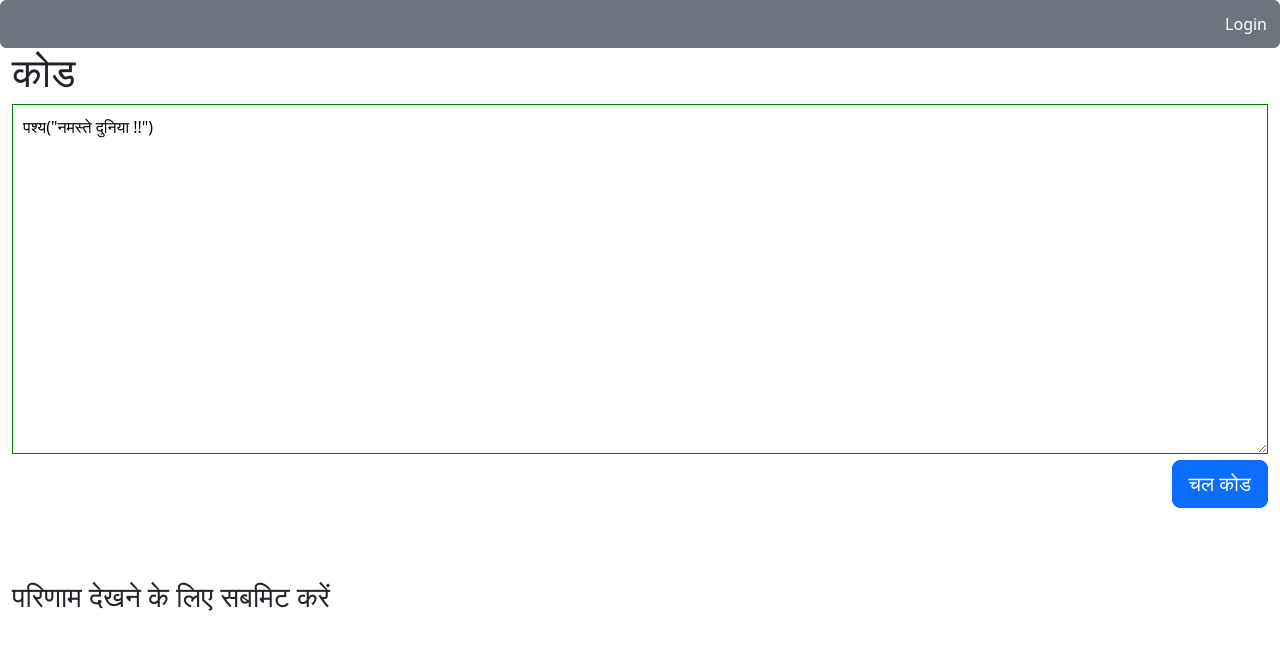
Repository: Vivek3072/webapp_shuniya_code.com
Page: /
These files come from the project's save history. The page is drawn as it stood at one moment and after a run of saves; the edit follows.
The browser window is 1280 px wide. The pictures show the whole page.
The project was rebuilt for these pictures with package versions that can differ from the ones it lists, and the page was loaded fresh each time. Also part of the build but not shown: src/components/Login.js, src/components/Singup.js. Imported but missing from the stored project, and not drawn on this page: src/axiosApi.

Above is the page before, as saved 2021-02-27 23:41:40.

After the next 2 saves:
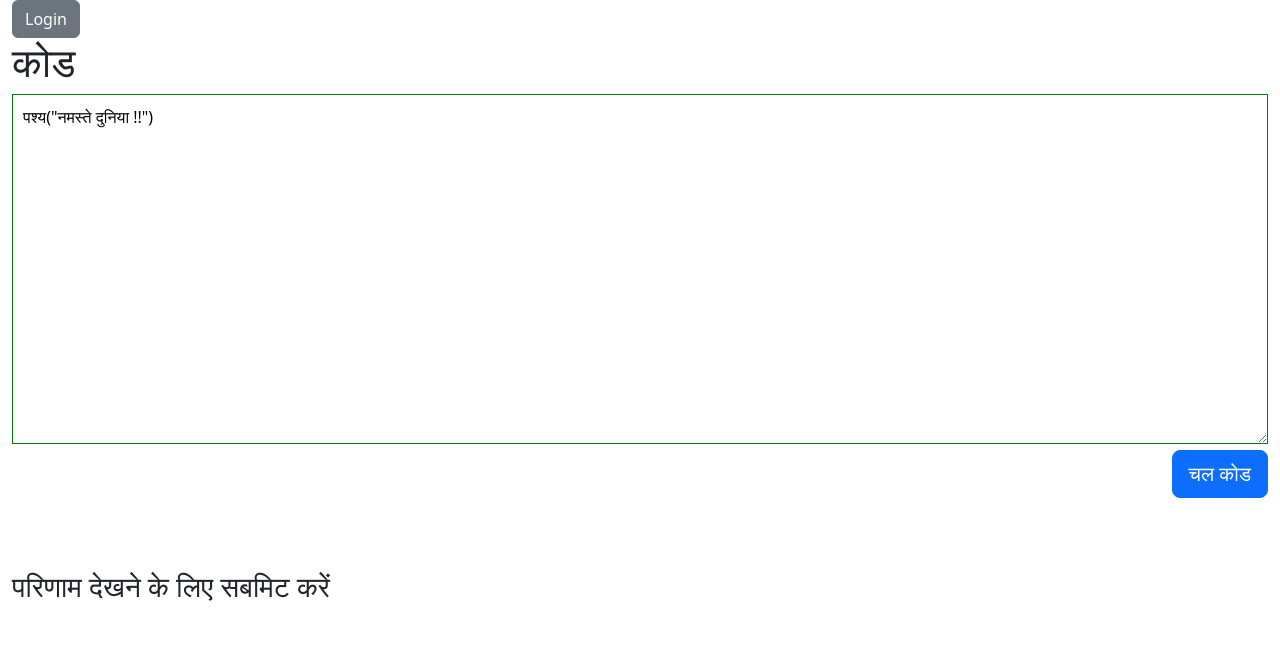
The 2 saves are shown as one change because they came seconds apart.
The last was saved 34 s later.
--- a/src/home/index.js
+++ b/src/home/index.js
@@ -47,8 +47,9 @@ export default class home extends Component {
       <div className="row">
         <br></br>
         <br></br>
-        <button type="button" className="btn btn-secondary userLogin" onClick={this.login}>Login</button>
+
             <div className="col-sm-12 col-md-12 col-lg-12">
+            <button type="button" className="btn btn-secondary userLogin" onClick={this.login}>Login</button>
               <h1>कोड</h1>
               <textarea id="texteditor" className="editorArea">
                 पश्य("नमस्ते दुनिया !!")
